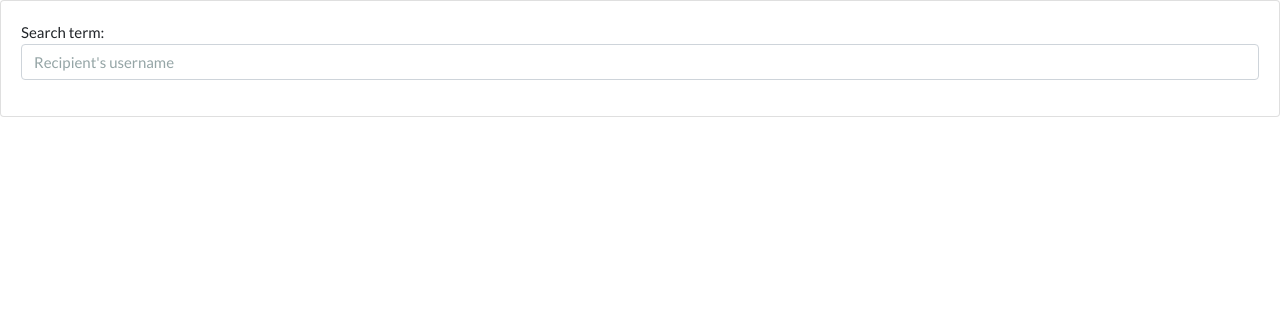
Repository: broganneagle/NYTSearch
Page: index.html
The author's editor kept a copy of each file at every save. The page is drawn from the files as they stood at one save, then again after the next save.
The browser window is 1280 px wide. The pictures show the whole page.
Some web libraries are served in a nearby version.

Above is the page before, as saved 2020-06-26 13:36:20.

### index.html
<!DOCTYPE html>
<html lang="en">
<head>
    <meta charset="UTF-8">
    <meta name="viewport" content="width=device-width, initial-scale=1.0">
    <title>NYT Search</title>
    <link rel="stylesheet" href="https://stackpath.bootstrapcdn.com/bootstrap/4.3.1/css/bootstrap.min.css" />
    <link href="https://stackpath.bootstrapcdn.com/bootswatch/4.5.0/flatly/bootstrap.min.css" rel="stylesheet"
        integrity="sha384-mhpbKVUOPCSocLzx2ElRISIORFRwr1ZbO9bAlowgM5kO7hnpRBe+brVj8NNPUiFs" crossorigin="anonymous">
</head>
<body>
    <div class="card">
        <div class="card-body">
          Search term:
        <div class="input-group mb-3">
        <input type="text" class="form-control" placeholder="Recipient's username" aria-label="Recipient's username" aria-describedby="button-addon2">
     </div>
    </div>
</div>

</body>
</html>

After the next save:
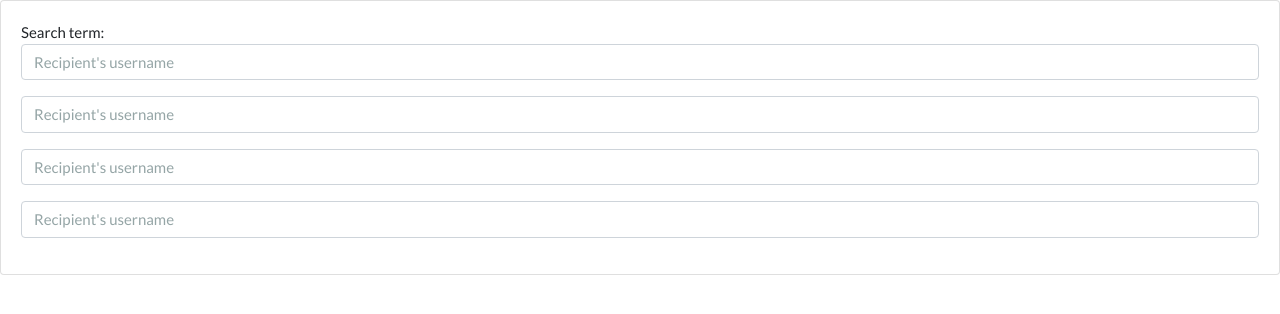
Saved 54 s later.
--- a/index.html
+++ b/index.html
@@ -15,6 +15,15 @@
         <div class="input-group mb-3">
         <input type="text" class="form-control" placeholder="Recipient's username" aria-label="Recipient's username" aria-describedby="button-addon2">
      </div>
+     <div class="input-group mb-3">
+        <input type="text" class="form-control" placeholder="Recipient's username" aria-label="Recipient's username" aria-describedby="button-addon2">
+     </div>
+     <div class="input-group mb-3">
+        <input type="text" class="form-control" placeholder="Recipient's username" aria-label="Recipient's username" aria-describedby="button-addon2">
+     </div>
+     <div class="input-group mb-3">
+        <input type="text" class="form-control" placeholder="Recipient's username" aria-label="Recipient's username" aria-describedby="button-addon2">
+     </div>
     </div>
 </div>
 
